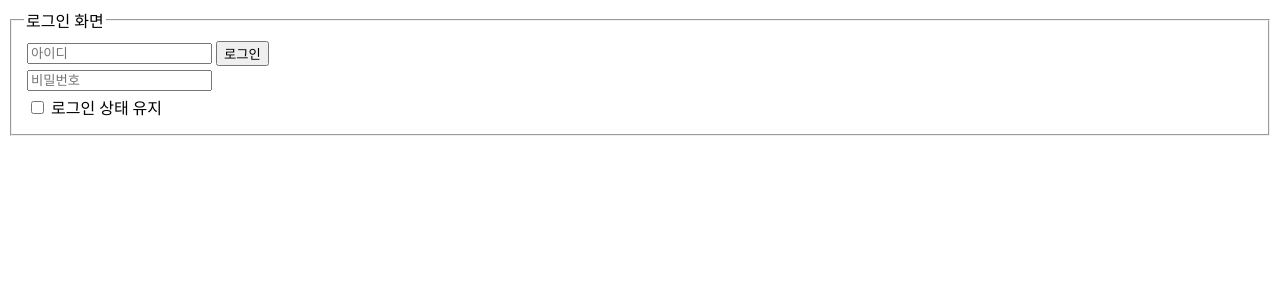
Repository: Scoobi-wisdoom/web
Page: d011/web/index.html
An editor plug-in stored every save of this project. The page is shown before and after the next save, followed by the edit.
The browser window is 1280 px wide. The pictures show the whole page.

Above is the page before, as saved 2020-08-05 07:57:41.

### d011/web/index.html
<!DOCTYPE html>
<html>
<head>
<meta charset="EUC-KR">
<title>Insert title here</title>
</head>
<body>

<form action="login" method="GET">
	<fieldset>
	<legend>로그인 화면</legend>
	<table>
		<tbody>
			<tr>
				<td colspan="2">
					<input type="text" name="id" size=20 placeholder="아이디">
				</td>
				<td>
					<input type="submit" value="로그인">
				</td>
			</tr>
			<tr>
				<td>
					<input type="text" name="pwd" size= 20 placeholder="비밀번호">
				</td>
			</tr>
			<tr>
				<td>
					<input type="checkbox" name="c1"> 로그인 상태 유지
				</td>
			</tr>
			<tr>
			</tr>
		</tbody>

	</table>
	</fieldset>
</form>

</body>
</html>

After the next save:
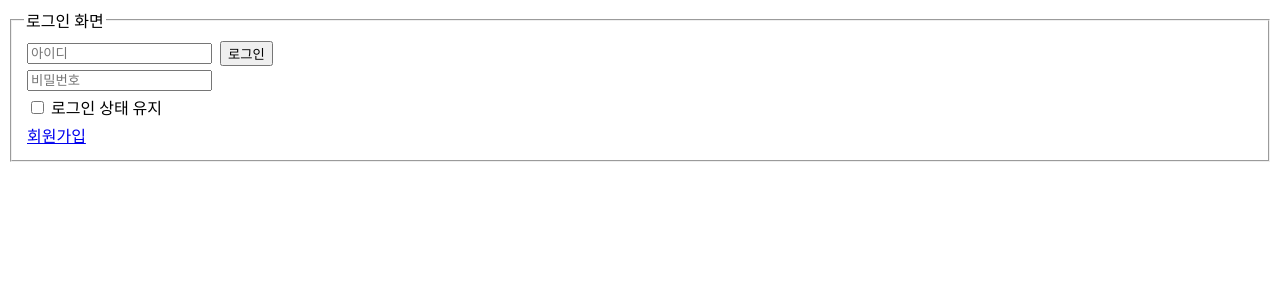
Saved 111 s later.
--- a/d011/web/index.html
+++ b/d011/web/index.html
@@ -30,6 +30,11 @@
 				</td>
 			</tr>
 			<tr>
+				<td>
+					<a href="/register">회원가입</a>
+				</td>
+				<td>
+				</td>
 			</tr>
 		</tbody>
 
